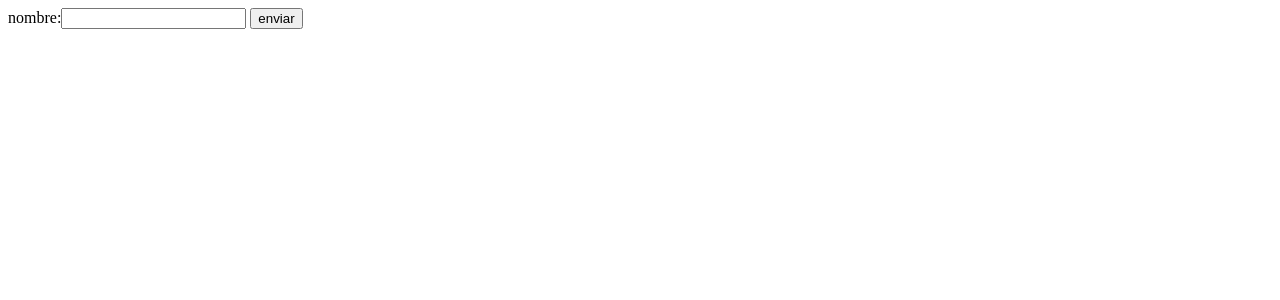
Repository: jdiazbasgit/gitcurso
Page: http://localhost/primerWeb/index1.jsp
An editor plug-in stored every save of this project. The page is shown before and after the next save, followed by the edit.
The browser window is 1280 px wide. The pictures show the whole page.
The page is served by Tomcat 9. Other server files are loaded and not shown.

Above is the page before, as saved 2019-02-19 08:44:25.

### primerWeb/WebContent/index1.jsp
<%@ page language="java" contentType="text/html; charset=UTF-8"
    pageEncoding="UTF-8" %>
    <%@taglib prefix="c" uri="http://java.sun.com/jstl/core_rt" %>
<!DOCTYPE html>
<html>
<head>
<meta charset="UTF-8">
<title>Insert title here</title>
</head>
<body>
<form action="index.jsp" method="get">
	nombre:<input type="text" name="nombre">
	<input type="submit" value="enviar">

</form>
<h1 style="color: #ff0000">${mensajeError }</h1>

</body>
</html>

After the next save:
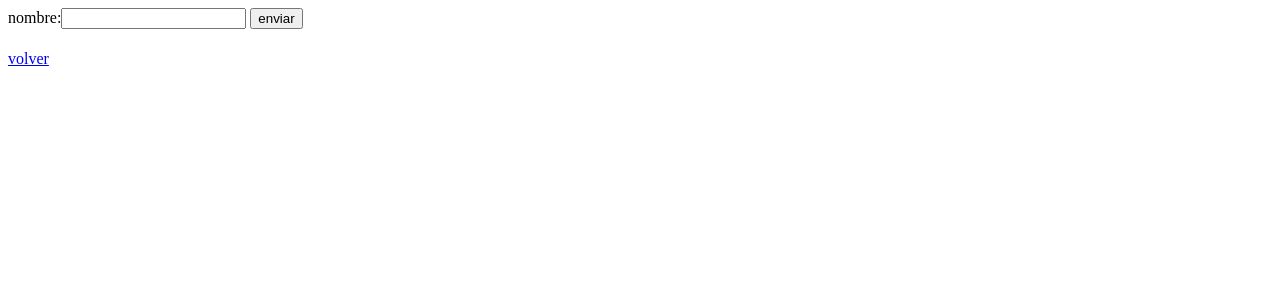
Saved 2 min 31 s later.
--- a/primerWeb/WebContent/index1.jsp
+++ b/primerWeb/WebContent/index1.jsp
@@ -14,6 +14,6 @@
 
 </form>
 <h1 style="color: #ff0000">${mensajeError }</h1>
-
+<a href="index1.jsp">volver</a>
 </body>
 </html>
